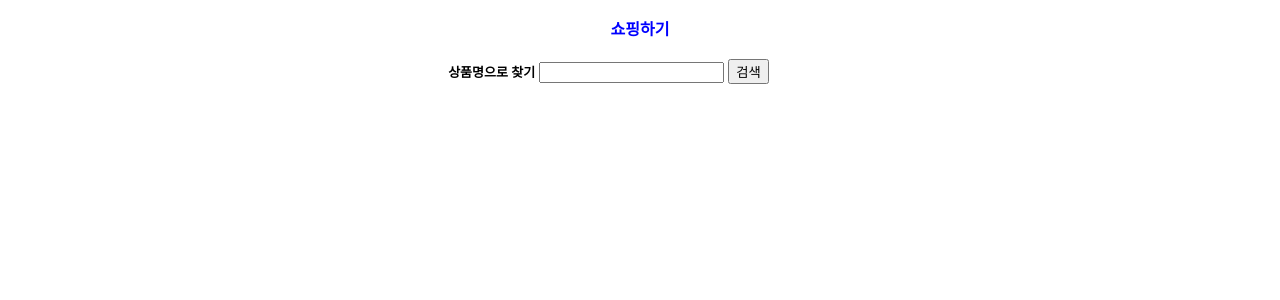
Repository: severrepair/JSPproject
Page: http://localhost/Shop/shop_list.jsp
These files come from the project's save history. The page is drawn as it stood at one moment and after the next save; the edit follows.
The browser window is 1280 px wide. The pictures show the whole page.
The page is served by Tomcat 9.

Above is the page before, as saved 2022-12-02 07:20:32.

After the next save:
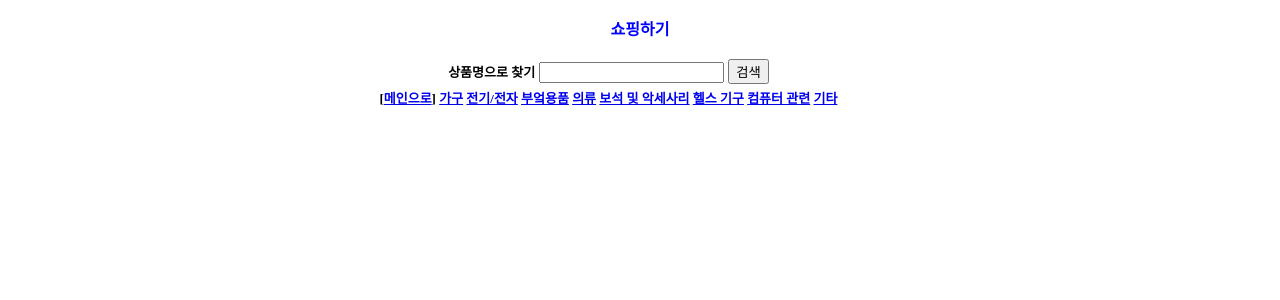
Saved 110 s later.
--- a/Shop/src/main/webapp/shop_list.jsp
+++ b/Shop/src/main/webapp/shop_list.jsp
@@ -32,6 +32,19 @@
 			<INPUT type=submit value="검색">
 		</TH>
 	</TR>
+	<TR>
+		<TH>
+			<FONT size=-1>
+				[<A href="/Shop/main.html">메인으로</A>]
+				<A href="shop_list.jsp?cat=11">가구</A>
+				<A href="shop_list.jsp?cat=22">전기/전자</A>
+				<A href="shop_list.jsp?cat=33">부엌용품</A>
+				<A href="shop_list.jsp?cat=44">의류</A>
+				<A href="shop_list.jsp?cat=55">보석 및 악세사리</A>
+				<A href="shop_list.jsp?cat=66">헬스 기구</A>
+				<A href="shop_list.jsp?cat=77">컴퓨터 관련</A>
+				<A href="shop_list.jsp?cat=88">기타</A>
+			</FONT>
 
 </TABLE>
 </FORM>
